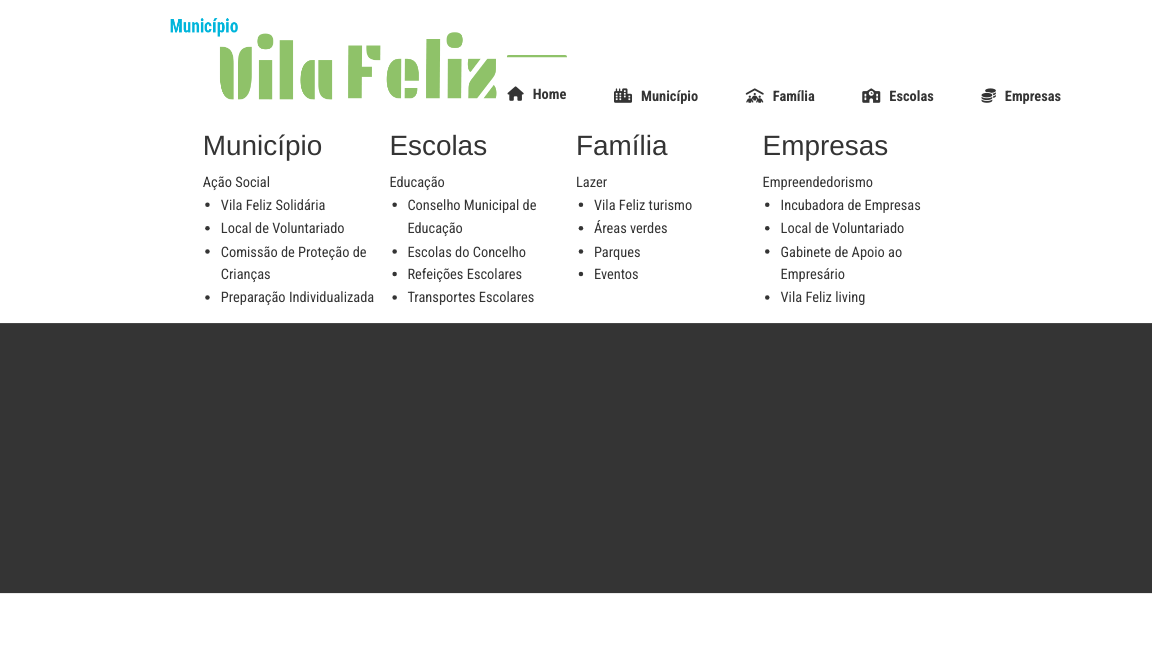
Repository: Goulart94/CmVilaFeliz
Page: municipio.html
The author's editor kept a copy of each file at every save. The page is drawn from the files as they stood at one save, then again after the next save.
The browser window is 1280 px wide. The pictures show the whole page, at 90% of full size.
Some web libraries are served in a nearby version. The style sheet was rebuilt from its Sass, Less or Tailwind sources for each picture, by a compiler version that may differ from the author's.

Above is the page before, as saved 2022-05-17 14:23:43.

### municipio.html
<!doctype html>
<html class="no-js" lang="pt" dir="ltr">

<head>
  <meta charset="utf-8">
  <meta http-equiv="x-ua-compatible" content="ie=edge">
  <meta name="viewport" content="width=device-width, initial-scale=1.0">
  <title>Foundation for Sites</title>
  <link rel="stylesheet" href="./css/foundation/foundation.css">
  <link rel="stylesheet" href="https://unpkg.com/swiper@8/swiper-bundle.min.css" />
  <link rel="stylesheet" href="./css/styleCity/app.css">
  <link rel="preconnect" href="https://fonts.googleapis.com">
  <link rel="preconnect" href="https://fonts.gstatic.com" crossorigin>
  <link href="https://fonts.googleapis.com/css2?family=Roboto+Condensed:wght@400;700&display=swap" rel="stylesheet">
  <script src="https://kit.fontawesome.com/14f2d6eca8.js" crossorigin="anonymous"></script>
</head>

<body>
<!--header-->
  <div class="ContaineHeader grid-x">
    <div class="logo cell small-4 medium-8 large-4">
      <img src="./images/logo.png" alt="logo">
    </div>
    <div class="navBar cell small-8 medium-4 large-8">
      <nav class="float-right">
        <ul>
          <li><a href="./home.html" class="active"><i class="fa-solid fa-house"></i>Home</a></li>
          <li><a><i class="fa-solid fa-city"></i>Município</a></li>
          <li><a><i class="fa-solid fa-people-roof"></i>Família</a></li>
          <li><a><i class="fa-solid fa-school"></i>Escolas</a></li>
          <li><a><i class="fa-solid fa-coins"></i>Empresas</a></li>
        </ul>
      </nav>
    </div>
  </div>
  <!--section 1-->
  <section class=" containerSection grid-x bgGray150">
    <div class=" cell small-12 medium-12 large-12  grid-x ruleGreen"></div>
    <div class="contentShortcuts  grid-container ">
      <div class=" cell small-12 medium-12  large-12  grid-x ">
        <div class=" cell small-3 medium-3 large-3">
          <div class="shortcuts ">
            <h3>Município</h3>
            <span>Ação Social</span>
            <ul>
              <li><a>Vila Feliz Solidária</a></li>
              <li><a>Local de Voluntariado</a> </li>
              <li><a>Comissão de Proteção de Crianças</a></li>
              <li><a>Preparação Individualizada</a></li>
            </ul>
          </div>

        </div>
        <div class="cell small-3 medium-3 large-3">
          <div class="shortcuts active">
            <h3>Escolas</h3>
            <span>Educação</span>
            <ul>
              <li><a>Conselho Municipal de Educação</a></li>
              <li><a>
                  Escolas do Concelho
                </a> </li>
              <li><a>Refeições Escolares</a></li>
              <li><a>Transportes Escolares</a></li>
            </ul>
          </div>

        </div>
        <div class="cell small-3 medium-3 large-3">
          <div class="shortcuts">
            <h3>Família</h3>
            <span>Lazer</span>
            <ul>
              <li><a>Vila Feliz turismo</a></li>
              <li><a>Áreas verdes</a> </li>
              <li><a>Parques</a></li>
              <li><a>Eventos</a></li>
            </ul>
          </div>
        </div>
        <div class="cell small-3 medium-3 large-3">
          <div class="shortcuts">
            <h3>Empresas</h3>
            <span>Empreendedorismo</span>
            <ul>
              <li><a>Incubadora de Empresas</a></li>
              <li><a>Local de Voluntariado</a> </li>
              <li><a>Gabinete de Apoio ao Empresário</a></li>
              <li><a>Vila Feliz living</a></li>
            </ul>
          </div>
        </div>
      </div>

  </section>

  <!--Footer-->
  <div class="footer">

  </div>







  <script src="js/vendor/jquery.js"></script>
  <script src="js/vendor/what-input.js"></script>
  <script src="js/vendor/foundation.js"></script>
  <script src="js/app.js"></script>
  <script src="https://unpkg.com/swiper/swiper-bundle.min.js"></script>



</body>

</html>

### css/styleCity/app.scss
//style Globol

* {
    margin: 0;
    padding: 0;
    color: var(--gray-900);
    box-sizing: border-box;


  }
    a {
      color: inherit;
      text-decoration: inherit;
    }

    button:hover {
      cursor: pointer;
    }

    a:hover {
      cursor: pointer;
    }

  //colors
  :root {


    --white: #FFFFFF;
    --gray-150: #f0f5ef;
    --green-300: #8FC269;
    --blue-300: #00B5DB;
    --gray-900: #343434;
  }

  //Fonts Google

  body {
    background-color: var(--white);
    font-family: Roboto Condensed, sans-serif;
    color: var(--gray-900);
  }

  //Header ---------------------------------

  .ContaineHeader {
    width: 100%;
    height: 140px;

    display: flex;
    align-items: flex-end;
    background-color: var(--white);




    .logo {
      margin-bottom: 16px;

      img {
        margin-left: 162px;
        max-width: 450px;
      }

    }

    .navBar {
      nav {
        margin-right: 100px;

        ul {
          display: flex;
          list-style-type: none;
          justify-items: flex-end;

          li {

            margin-bottom: 16px;
            margin-left: 35px;

             a{

              line-height: 83px;
              height: 52px;
              margin-left: 16px;
              padding: 1px;
              display: block;
              position: relative;
              font-weight: bold;
              border-top: 3px solid var(--white);
              border-radius: 2px;

              transition: 0.3s;

              i{
                margin-right: 10px;
                color: var(--gray-900);
              }

             }
            a:hover{

              border-top: 3px solid var(--blue-300);

            }

            .active{
              line-height: 5rem;
              border-top: 3px solid var(--green-300);
              border-radius: 2px;

           }

           &.active::after{
               content: '';
               border-top: 3px solid var(--green-300);
               border-radius: 2px;
               width: 100%;
               position: absolute;

           }

          }
        }
      }
    }
  }

  //Section 1-----------------------------------------------------


  .containerSectionOne {
    width: 100%;
    height: 100vh;
    background-image: url("../images/imgSection1.jpg");
    background-size: cover;

    .containerImg {
      width: 65%;
      display: flex;
      align-items: center;
      margin: 0 auto;

      img {
        margin-top: 140px;
      }
    }
  }

  //section 2, foi alterado o código base de alguns elementos do Foundation. (cor e text e buttom alterados para melhorar a acessibilidade.)
  .containerSectionTwo {
    width: 100%;


    img {
      height: 700px;
      object-fit: fill;
    }

    .news {
      width: 100%;
      display: flex;
      flex-direction: column;
      z-index: 10;
      color: var(--white);

      .now {
        color: var(--white);
        margin-left: 10.5%;
        max-width: 180px;
        padding: 5px;

        background-color: var(--blue-300)
      }

      .allNews {
        color: var(--white);
        max-width: 150px;
        margin-left: 10.5%;
        padding: 5px;
        background-color: var(--green-300)
      }
      .allNews:hover{
        cursor: pointer;
        font-weight: 700;
      }
    }

    .containerText {
      max-height: 500px;
      margin: 0 auto;
      background-color: rgba(52, 52, 52, 0.8);
      border-radius: 10px;
      padding: 17px;
      overflow: hidden;

      h1 {

        font-size: 48px;
        font-weight: bold;
        text-align: left;
        color: var(--white);
      }

      p {
        height: 200px;
        text-align: left;
        font-size: 16px;
        color: var(--white);
        overflow: hidden;

      }
    }

    .buttomSlider {
      font-size: 90px;
      color: var(--green-300);
    }

    .buttomInfo{
      float: right;
      color: var(--gray-900);
      background: var(--white);
      z-index: 9999999 !important;

      border-radius: 10px;
      padding: 8px;
      transition: 0.3s;

      span {
        color: var(--blue-300);
        font-weight: 700;
      }

      &:hover{
        transform:  scale(1.2) !important;
      }

    }
    .buttomInfo:hover{
      cursor: pointer;
      transform:  scale(1.2) !important;
    }


  }

  //sectio 3----------------------------------------*


  .conteinerSectiontree {
    display: flex;
    justify-content: space-evenly;
    width: 100%;
    height: 700px;
    background: url(../images/formas.png);
    background-size: cover;
    background-size: 100% 100%;

    .contentPhone {

      display: flex;
      position: relative;

      div {
        width: 100%;
        display: flex;
        justify-content: flex-end;
        position: absolute;
        bottom: 0;

        img {
          margin-right: 15%;
          max-height: 600px;
        }
      }
    }

    .containerTextAPP {

      display: flex;
      justify-content: right;
      align-items: center;
      margin-top: 30px;

      .textApp {
        max-width: 600px;

        padding: 16px;

        .containerButtom {
          width: 80%;
          display: flex;
          justify-content: space-between;
          align-items: center;

          .buttomPlayStore {
            width: 200px;
            padding: 16px;
            border-radius: 20px;
            background: var(--green-300);
            font-weight: 700;
            transition: 0.3s;
          }

          .buttomAppStore {
            width: 200px;
            padding: 16px;
            border-radius: 20px;
            background: var(--blue-300);
            font-weight: 700;
            transition: 0.3s;
          }
        }

        .buttomPlayStore:hover {
          transform: scale(1.1);

        }

        .buttomAppStore:hover {
          transform: scale(1.1);
        }


      }

    }

  }






  //footer-----------------------------------------------

  .footer{
    width: 100%;
    height: 300px;
    background: #343434;
  }

Loaded but not shown: js/vendor/jquery.js (library); js/vendor/what-input.js (library); js/vendor/foundation.js (library); js/app.js (common file); css/foundation/foundation.scss (6468 lines, source omitted)

After the next save:
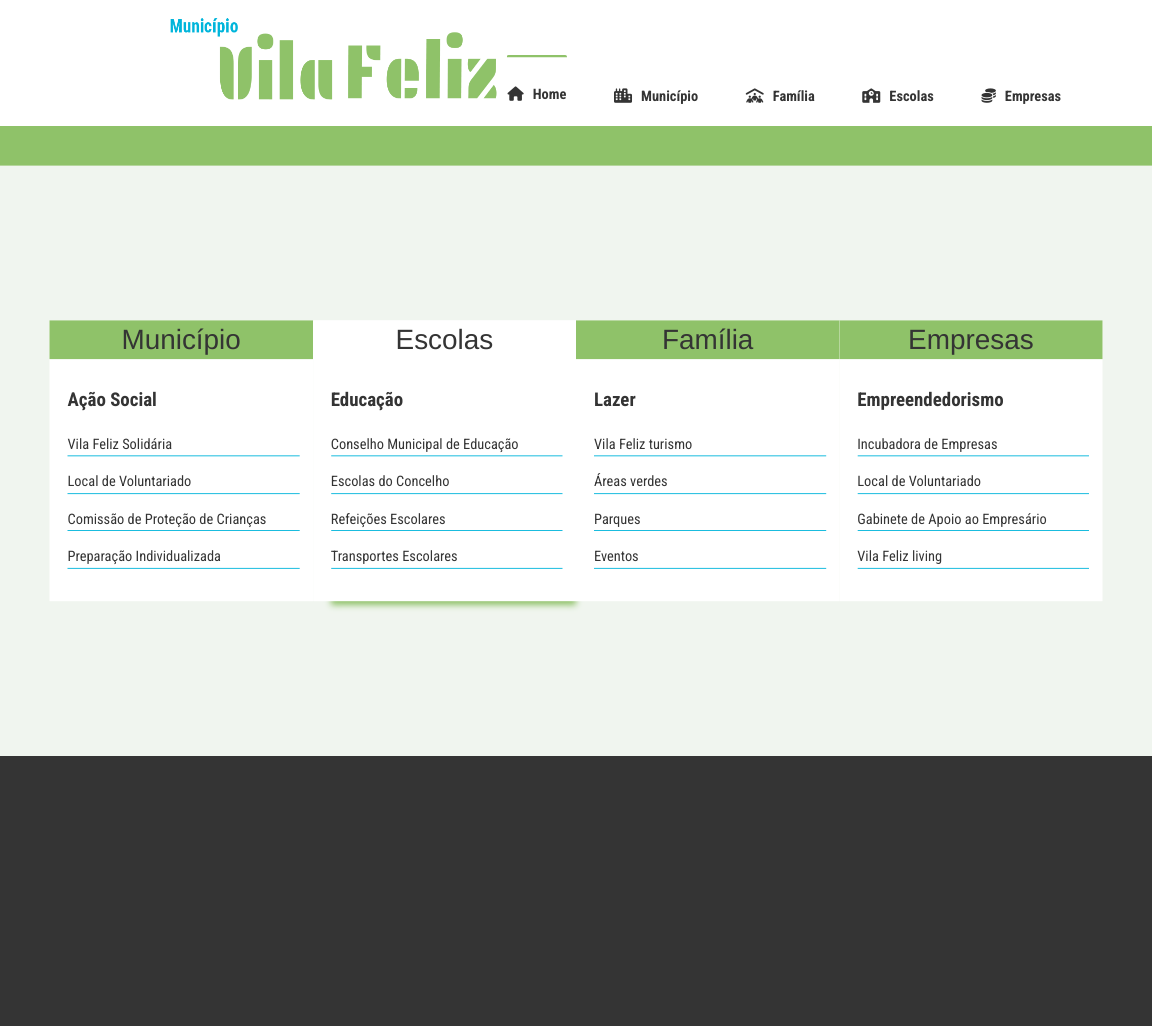
Saved 24 s later.
--- a/css/styleCity/app.scss
+++ b/css/styleCity/app.scss
@@ -330,6 +330,152 @@
 
 
 
+  //section 4, foi usado classes da section nas demais section para criação das formas do header---*
+  .bgGray150 {
+    background: var(--gray-150);
+  }
+
+  .bgGray50 {
+    background: var(--white);
+  }
+  //formas cabeçalho das sections 4, 5, 6
+  .ruleGreen{
+    width: 100%;
+    height: 43.8px;
+    background: var(--green-300);
+  }
+
+  .containerSection {
+    width: 100%;
+    height: 700px;
+
+    .contentHeader {
+      width: 100%;
+      height: 15%;
+
+
+      .divTitle {
+        display: flex;
+        position: relative;
+
+        .title {
+          position: absolute;
+          bottom: 0;
+          font-weight: 700;
+          font-size: 38px;
+        }
+
+
+        .formaLarge {
+          position: absolute;
+          bottom: 0;
+          width: 100%;
+          height: 8px;
+          background-color: var(--blue-300);
+        }
+      }
+
+      .formaContent {
+        display: flex;
+        position: relative;
+
+
+        .formaSmall {
+          position: absolute;
+          bottom: 0;
+          width: 20px;
+          height: 70%;
+          background-color: var(--blue-300);
+        }
+      }
+    }
+  /// end.*
+
+    .contentShortcuts {
+
+      width: 100%;
+
+
+
+      .shortcuts {
+        height: 100%;
+        padding-bottom: 20px;
+        background: var(--white);
+
+
+        h3 {
+
+          font-weight: 400;
+          background: var(--green-300);
+          text-align: center;
+          margin-bottom: 30px;
+        }
+
+        span {
+          margin: 20px;
+          font-size: 21px;
+          font-weight: 700;
+        }
+
+        ul {
+          margin-top: 20px;
+          list-style-type: none;
+
+          li {
+            margin-bottom: 15px;
+            margin-right: 15px;
+            border-bottom: 1px solid var(--blue-300);
+          }
+        }
+
+        a:hover {
+          font-weight: 700;
+        }
+
+        &.active{
+           h3{
+             background: var(--white);
+           }
+           box-shadow: 10px 14px 7px -10px var(--green-300);
+        }
+      }
+    }
+
+    .shortcutsDirect{
+      margin-top: 20px;
+      height: 200px;
+      display: flex;
+      align-items: center;
+      justify-content: space-around;
+
+
+       .link{
+      background: var(--white);
+       display:flex;
+       align-items: center;
+       text-align: center;
+       width: 22%;
+       height: 90%;
+       border: 3px solid var(--blue-300);
+       border-radius: 10px;
+       transition: 0.3s;
+        span{
+
+          margin: 0 auto;
+        }
+       }
+       .link:hover{
+         cursor: pointer;
+         transform: scale(1.1);
+       }
+
+    }
+
+
+  }
+
+
+  //section 5 && section 6-------------------------------*
 
 
 
